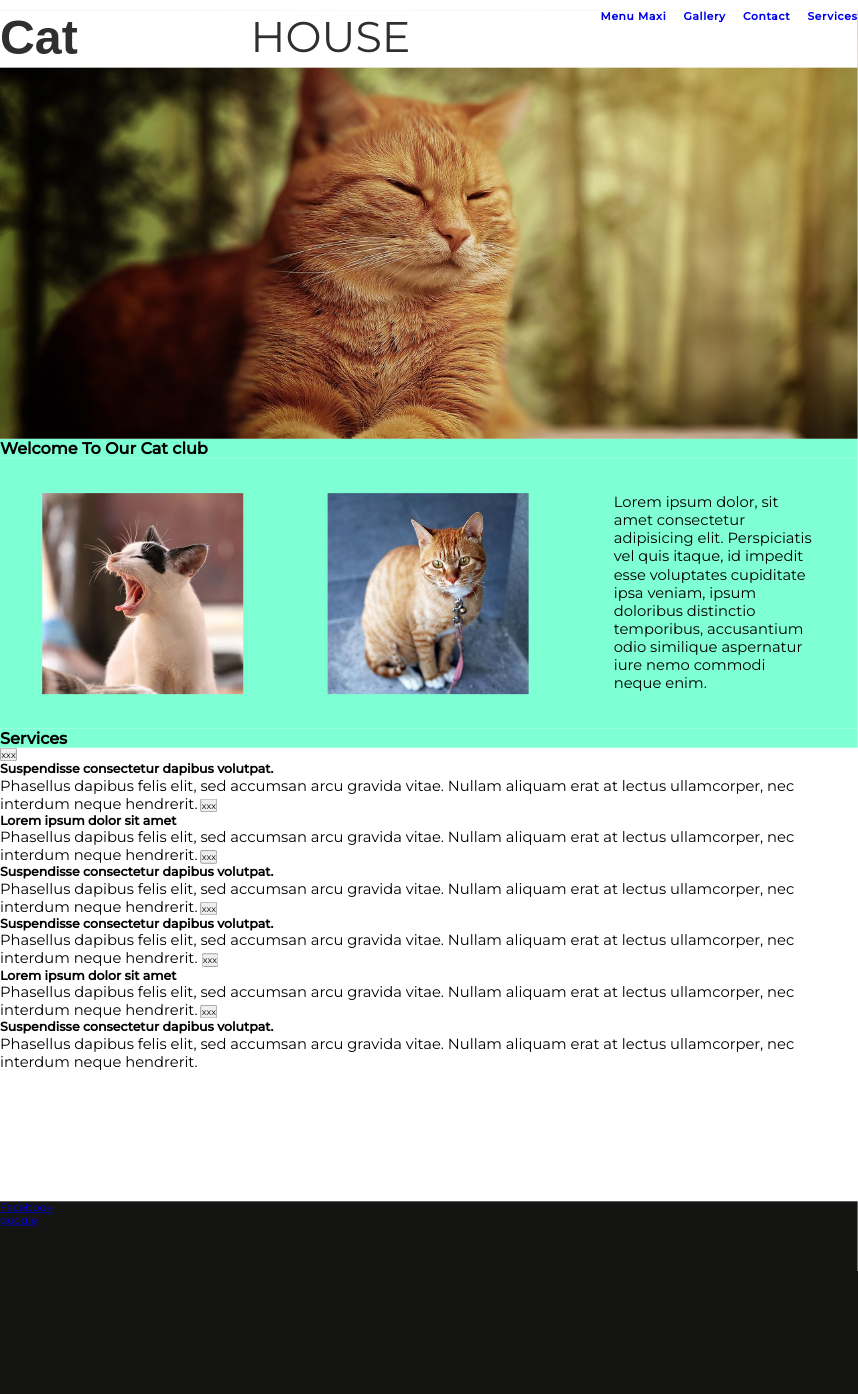
Repository: raul4264/final
Page: index.html
The author's editor kept a copy of each file at every save. The page is drawn from the files as they stood at one save, then again after the next save.
The browser window is 1280 px wide. The pictures show the whole page, at 67% of full size.

Above is the page before, as saved 2021-03-18 12:19:37.

### index.html
<!DOCTYPE html>
<html lang="en">

<head>
    <meta charset="UTF-8" />
    <meta http-equiv="X-UA-Compatible" content="IE=edge" />
    <meta name="viewport" content="width=device-width, initial-scale=1.0" />
    <title>Cat House/Raul Novas</title>
    <link href="css/estilos.css" rel="stylesheet" type="text/css" />
</head>

<body>

    <header>
        <div class="banner">


            <nav>
                <span class="item1">Cat</span><span class="item2"> HOUSE</span>


                <ul class="flex-container">
                    <li class="item3"><a href="menu_maxi.html">Menu Maxi</a></li>
                    <li class="item4"><a href="Gallery.html">Gallery</a></li>
                    <li class="item5"><a href="Contact.html">Contact</a></li>
                    <li class="item6"><a href="Services.html ">Services</a></li>
                </ul>
            </nav>
        </div>

    </header>


    <main>
        <section>
            <h2>Welcome To Our Cat club</h2>
            <div class="caja ">

                 <div class="container1 ">
                    <img src="images/2.jpg " alt="imagen2 " />
                </div>

                <div class="container2 ">
                    <img src="images/3.jpg " alt="imagen3 " />
                </div>

                <span class="container3 ">
                    Lorem ipsum dolor, sit amet consectetur adipisicing elit. Perspiciatis vel quis itaque, id impedit
                    esse voluptates cupiditate ipsa veniam, ipsum doloribus distinctio temporibus, accusantium odio
                    similique aspernatur iure nemo commodi neque enim.
                </span>
            </div>
        </section>
        <h3>
            <h2>Services</h2>
            <button>xxx</button>
            <h3>Suspendisse consectetur dapibus volutpat.</h3>
            <span>
                Phasellus dapibus felis elit, sed accumsan arcu gravida vitae. Nullam aliquam erat at lectus
                ullamcorper, nec interdum neque hendrerit.</span>
                <button>xxx</button>
            <h3>Lorem ipsum dolor sit amet</h3>
            <span>Phasellus dapibus felis elit, sed accumsan arcu gravida vitae. Nullam aliquam erat at lectus
                ullamcorper,
                nec interdum neque hendrerit.</span>
                <button>xxx</button>
            <h3>Suspendisse consectetur dapibus volutpat.</h3>
            <span>
                Phasellus dapibus felis elit, sed accumsan arcu gravida vitae. Nullam aliquam erat at lectus
                ullamcorper, nec interdum neque hendrerit.</span>
                <button>xxx</button>
            <h3>Suspendisse consectetur dapibus volutpat.</h3>
            <span>

                Phasellus dapibus felis elit, sed accumsan arcu gravida vitae. Nullam aliquam erat at lectus
                ullamcorper, nec interdum neque hendrerit.
            </span>
            <button>xxx</button>
            <h3>Lorem ipsum dolor sit amet
            </h3>
            <span>Phasellus dapibus felis elit, sed accumsan arcu gravida vitae. Nullam aliquam erat at lectus
                ullamcorper, nec interdum neque hendrerit.</span>
                <button>xxx</button>
            <h3>Suspendisse consectetur dapibus volutpat.</h3>
            <span>Phasellus dapibus felis elit, sed accumsan arcu gravida vitae. Nullam aliquam erat at lectus
                ullamcorper, nec interdum neque hendrerit.</span>
            </section>
    </main>
    <footer>
        <ol>
            <li>
                <a href="http://www.facebook.com " target="blanck ">Facebook</a>
            </li>
            <li><a href="http://www.google.com " target="blanck ">google</a></li>
        </ol>
    </footer>





</body>

</html>

### css/estilos.css
@import url('https://fonts.googleapis.com/css2?family=Montserrat:wght@400;500&display=swap');
@import url('https://fonts.googleapis.com/css2?family=Montserrat:wght@400;500&family=Poppins:wght@300&display=swap');
* {
    font-family: 'Montserrat', sans-serif;
    margin: 0 auto;
    padding: 0;
}

.banner {
    background: url(../images/1.jpg) no-repeat 0px 0px;
    background-size: cover;
    padding: 0em 0 4em;
    height: 80vh;
}

nav {
    display: flex;
    flex-direction: row;
    justify-content: space-between;
    height: 12vh;
    background-color: #ffffff;
    margin-top: 15px;
}

nav ul {
    display: flex;
}

nav ul li {
    display: flex;
    list-style: none;
}

nav ul li a {
    text-decoration: none;
}


/*---------------------------------------------------------*/

.item1 {
    color: #2f2f2f;
    font-size: 4.5em;
    font-weight: 700;
    flex-grow: 2;
    font-family: 'Raleway', sans-serif;
}

.item2 {
    color: #2f2f2f;
    font-weight: 300;
    font-size: 4em;
    flex-grow: 2;
}

.item3 {
    color: #2f2f2f !important;
    font-size: 1em;

    text-decoration: none;
    margin-left: 2vw;

    font-weight: 600;
    font-family: 'Roboto Condensed', sans-serif;
    letter-spacing: 1px;
    flex-grow: 2;

}

.item4 {
    color: #2f2f2f !important;
    font-size: 1em;

    text-decoration: none;
    padding: 0;
    font-weight: 600;
    font-family: 'Roboto Condensed', sans-serif;
    letter-spacing: 1px;
    flex-grow: 2;
    margin-left: 2vw;
}

.item5 {
    color: #2f2f2f !important;
    font-size: 1em;
    margin: 0;
    text-decoration: none;

    font-weight: 600;
    font-family: 'Roboto Condensed', sans-serif;
    letter-spacing: 1px;
    flex-grow: 1;
    margin-left: 2vw;
}

.item6 {
    color: #2f2f2f !important;
    font-size: 1em;

    text-decoration: none;
    padding: 0;
    font-weight: 600;
    font-family: 'Roboto Condensed', sans-serif;
    letter-spacing: 1px;
    flex-grow: 1;
    margin-left: 2vw;
}

.imagen {
    width: 100vw;
    z-index: 100;
    position: absolute;
    display: flex;
}

.imagen img {
    background-repeat: no-repeat;
    background-size: cover;
    width: 100vw;
    z-index: 100;
    bottom: 130px;
}



.item7 {
    border: 1px solid black;
}
h2{
    background-color: aquamarine;
}
.caja {
   background-color: aquamarine;
    display: flex;
    height: 56vh;
    flex-direction: row;
    justify-content: space-between;
    align-items: center;
}
h1 {
    margin-left: 20vw;
}
.container1 {
    width: 400px;
    height: 300px;

}
.container2 {
    width: 400px;
    height: 300px;

    margin-right: 5vw;
}
img {
    width: 100%;
    height: 100%;
    object-fit: contain;
}
.container3 {
    width: 300px;
    height: 300px;
    margin-right: 5vw;
}
span {
    font-size: 22px;
}
section #section {
    width: 100vw;
    height: 70vh;
    background-color: darkorange;
    position: absolute;
    top: 139vh;
}
section #section2 {
    width: 100vw;
    height: 70vh;
    background-color: rgb(245, 234, 220);
    position: absolute;
    top: 179vh;
}
footer {
    width: 100vw;
    height: 40vh;
    background-color: rgb(20, 20, 19);
    position: absolute;
    top: 249vh;
}

/*entrega*/

After the next save:
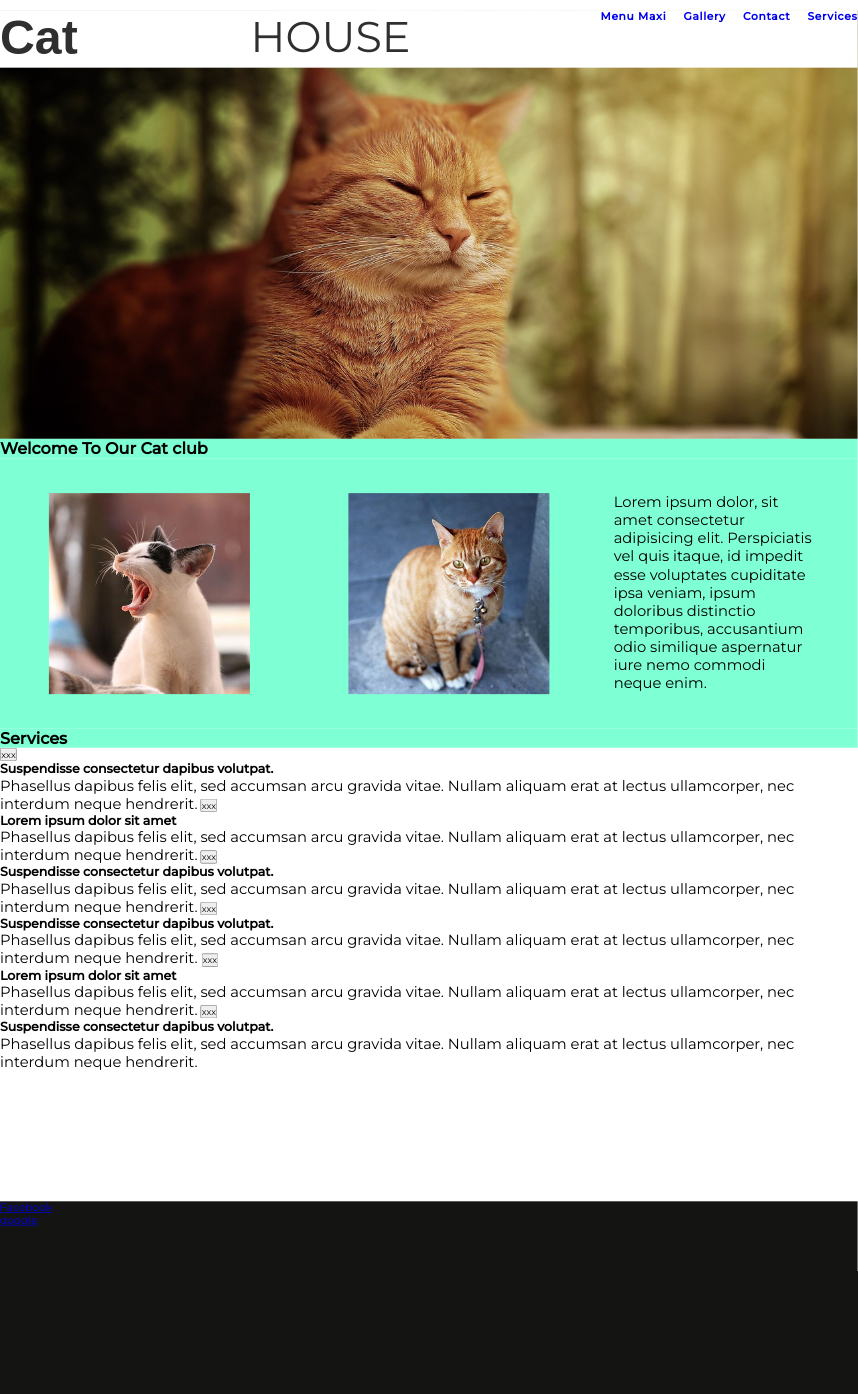
Saved 12 s later.
--- a/css/estilos.css
+++ b/css/estilos.css
@@ -149,7 +149,7 @@ h1 {
     width: 400px;
     height: 300px;
 
-    margin-right: 5vw;
+
 }
 img {
     width: 100%;
